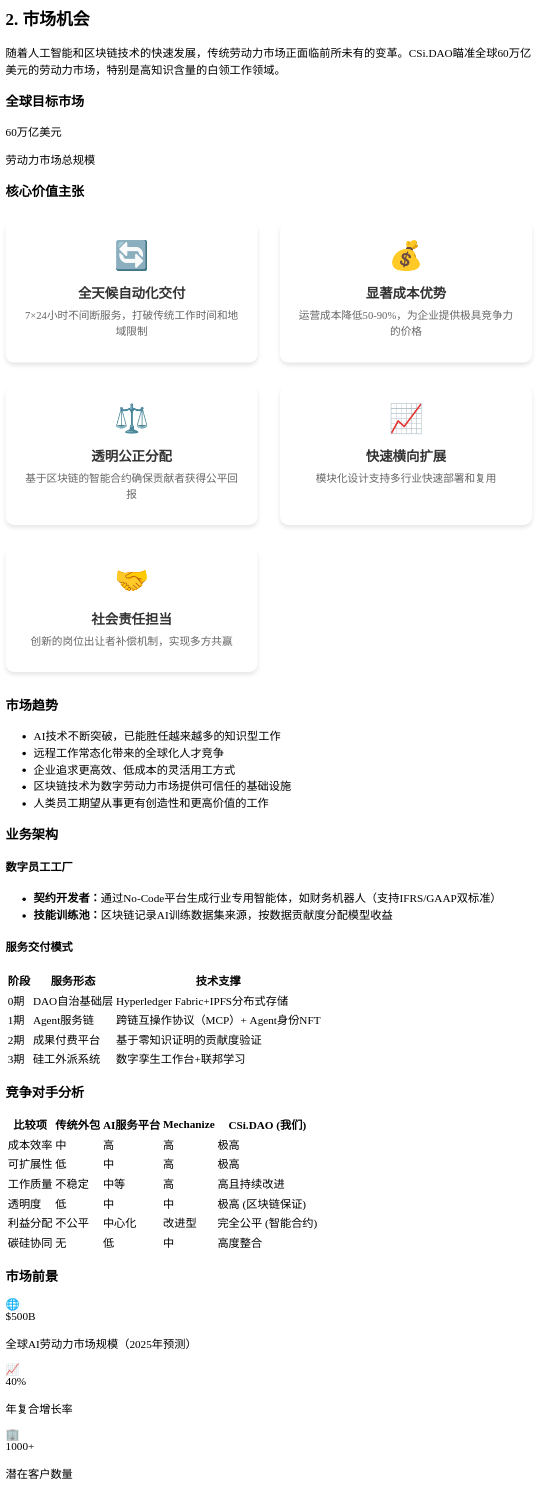
Repository: delez911/ainize
Page: static-site/src/components/market/market.html
An editor plug-in stored every save of this project. The page is shown before and after the next save, followed by the edit.
The browser window is 768 px wide. The pictures show the part of the page from y = 0 to 2240 px (the page is 2132 px tall before and 2802 px after), at 70% of full size.

Above is the page before, as saved 2025-04-24 03:46:41.

After the next save:
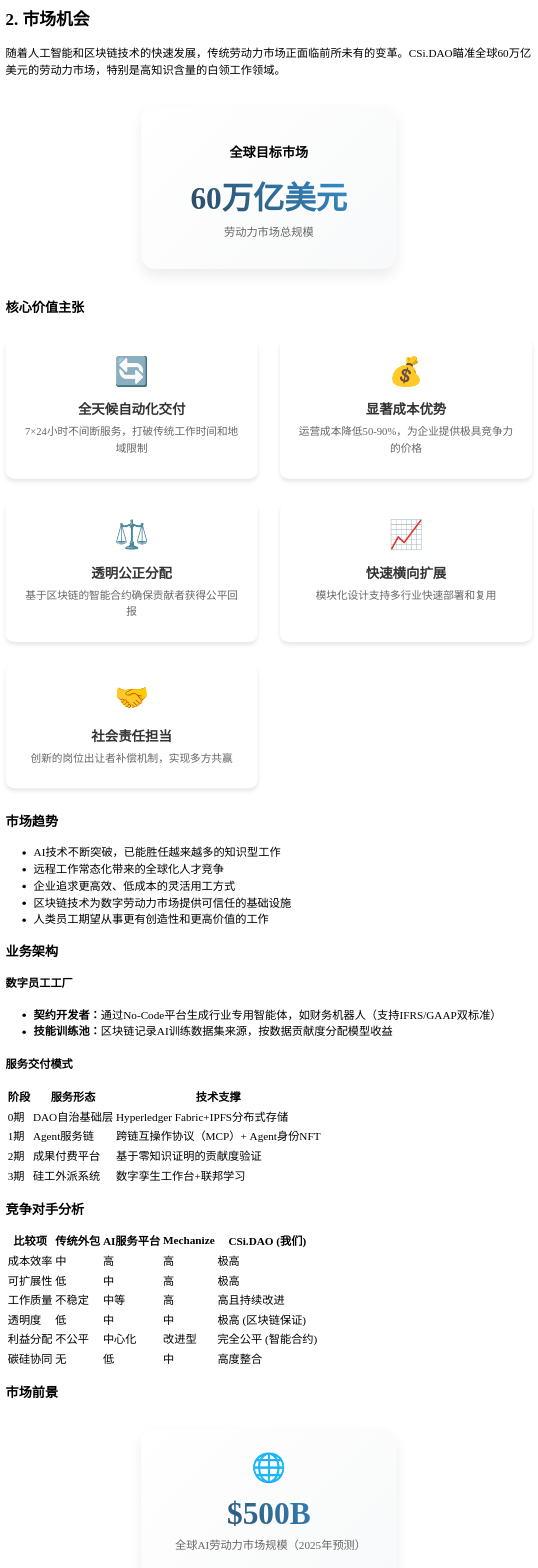
Saved 16 s later.
--- a/static-site/src/components/market/market.html
+++ b/static-site/src/components/market/market.html
@@ -206,4 +206,85 @@
   font-size: 0.95rem;
   line-height: 1.5;
 }
+
+.market-container {
+  display: flex;
+  justify-content: space-around;
+  flex-wrap: wrap;
+  gap: 2rem;
+  margin: 2.5rem 0;
+}
+
+.market-circle {
+  background: linear-gradient(135deg, #ffffff, #f8f9fa);
+  border-radius: 20px;
+  padding: 2rem;
+  text-align: center;
+  min-width: 250px;
+  flex: 1;
+  box-shadow: 0 10px 20px rgba(0, 0, 0, 0.08);
+  transition: transform 0.3s ease, box-shadow 0.3s ease;
+  position: relative;
+  overflow: hidden;
+}
+
+.market-circle:hover {
+  transform: translateY(-10px);
+  box-shadow: 0 15px 30px rgba(0, 0, 0, 0.12);
+}
+
+.market-icon {
+  font-size: 2.5rem;
+  margin-bottom: 1rem;
+  opacity: 0.9;
+}
+
+.market-value {
+  font-size: 2.8rem;
+  font-weight: 700;
+  color: #2c3e50;
+  margin: 0.5rem 0;
+  background: linear-gradient(45deg, #2c3e50, #3498db);
+  -webkit-background-clip: text;
+  -webkit-text-fill-color: transparent;
+}
+
+.market-circle p {
+  color: #666;
+  font-size: 1rem;
+  line-height: 1.5;
+  margin: 0.5rem 0;
+  padding: 0 1rem;
+}
+
+/* 响应式设计 */
+@media (max-width: 768px) {
+  .market-container {
+    flex-direction: column;
+    align-items: center;
+  }
+
+  .market-circle {
+    width: 100%;
+    max-width: 300px;
+  }
+}
+
+/* 添加装饰性背景元素 */
+.market-circle::before {
+  content: '';
+  position: absolute;
+  top: -50%;
+  left: -50%;
+  width: 200%;
+  height: 200%;
+  background: radial-gradient(circle, rgba(255,255,255,0.8) 0%, rgba(255,255,255,0) 70%);
+  opacity: 0;
+  transition: opacity 0.3s ease;
+  pointer-events: none;
+}
+
+.market-circle:hover::before {
+  opacity: 1;
+}
 </style>
